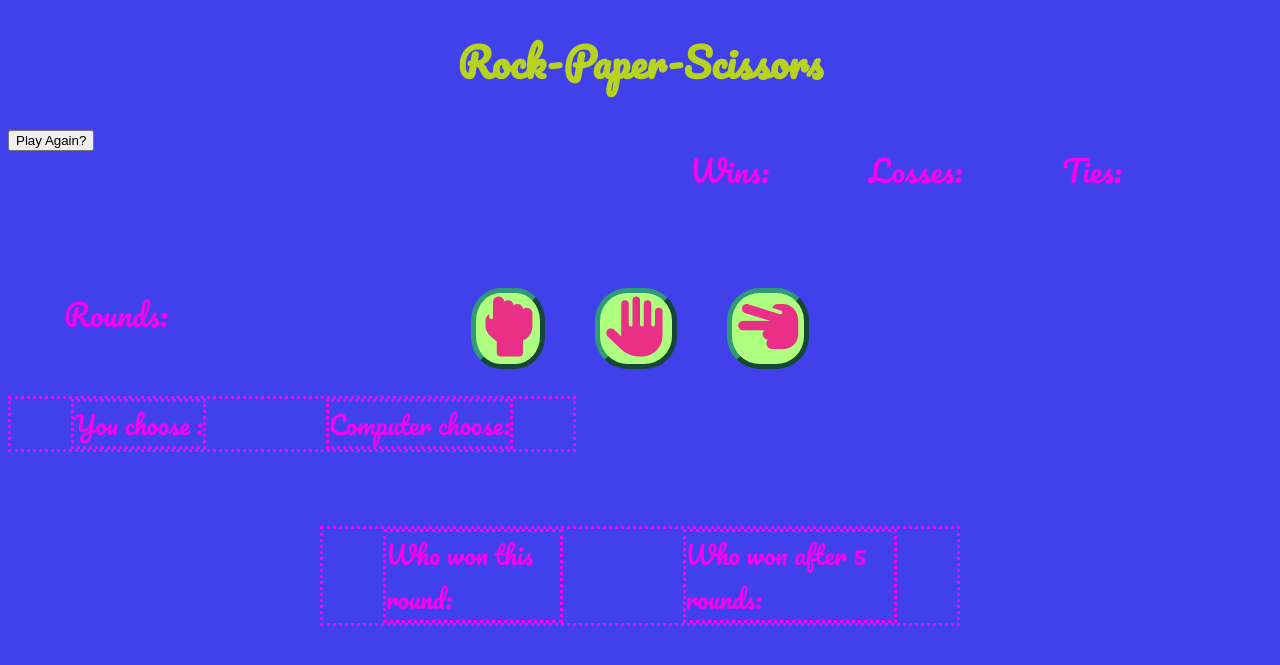
Repository: 0101chaitanya/Rock-Paper-Scissors
Page: index.html
The author's editor kept a copy of each file at every save. The page is drawn from the files as they stood at one save, then again after the next save.
The browser window is 1280 px wide. The pictures show the whole page.
Some web libraries are served in a nearby version.

Above is the page before, as saved 2021-05-15 01:19:01.
Not found: linkk.js

After the next save:
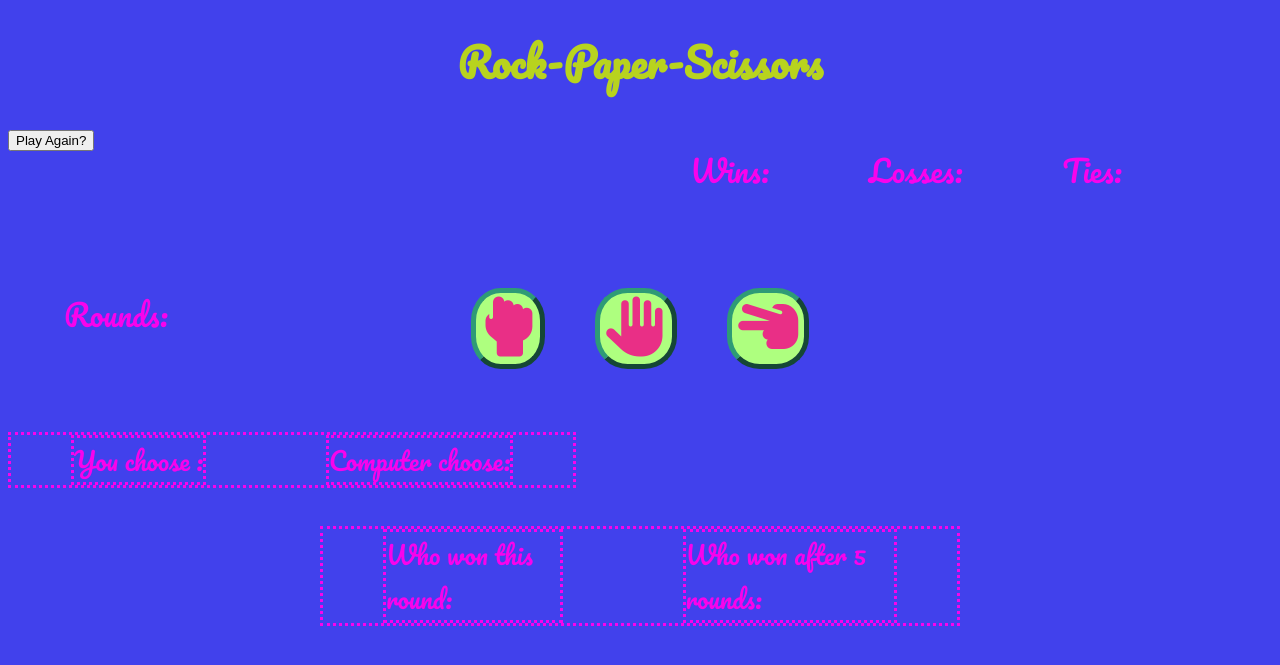
Saved 29 s later.
--- a/style.css
+++ b/style.css
@@ -62,7 +62,7 @@ margin:auto 25px;
      font-size: 25px;
      color:rgb(248, 3, 236);
     position : fixed;
-    top: 55%;
+    top: 60%;
     padding: auto;
     border-style:dotted;
 
